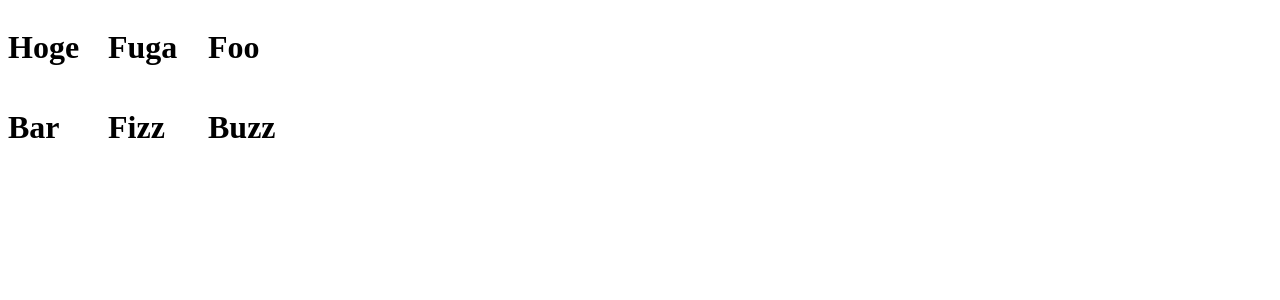
Repository: shirahamahiroki/samurai_HTML-CSS
Page: giji1.html
The author's editor kept a record of every edit. The page is drawn from the files as they stood at one moment, then again after the next edit.
The browser window is 1280 px wide. The pictures show the whole page.

Above is the page before.

After the next edit:
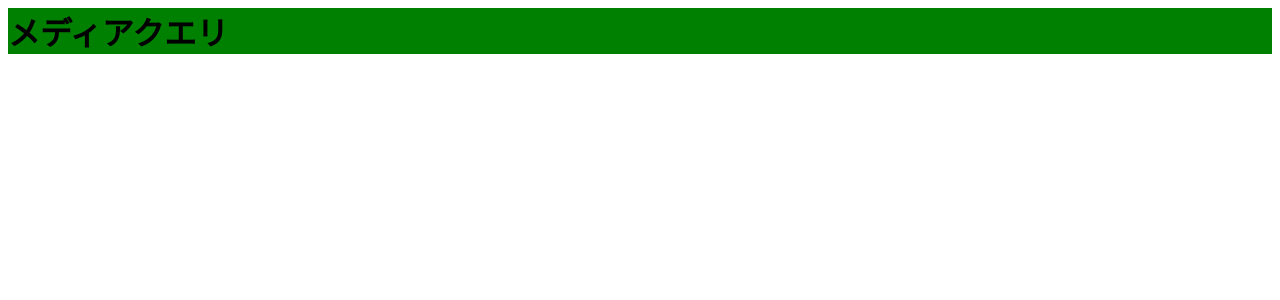
The edit:
--- a/giji1.html
+++ b/giji1.html
@@ -1,20 +1,27 @@
 <html lang="ja">
     <head>
+        <meta name="viewport" content="width=device-width, initial-scale=1">
         <style>
-            #grid {
-                display: grid;
-                grid-template-columns: 100px 100px 100px;
+            .media {
+                background-color: blue;
             }
-         </style>
-    </head>
+
+            @media screen and (min-width:480px) {
+                .media {
+                    background-color: red;
+                }
+            }
+
+            @media screen and (min-width:640px) {
+                .media {
+                    background-color: green;
+                }
+            }
+        </style>
+        </head>
     <body>
-        <div id="grid">
-            <h1>Hoge</h1>
-            <h1>Fuga</h1>
-            <h1>Foo</h1>
-            <h1>Bar</h1>
-            <h1>Fizz</h1>
-            <h1>Buzz</h1>
-        </div>
+        <div class="media">
+            <h1>メディアクエリ</h1>
+        </body>
     </body>
 </html>
